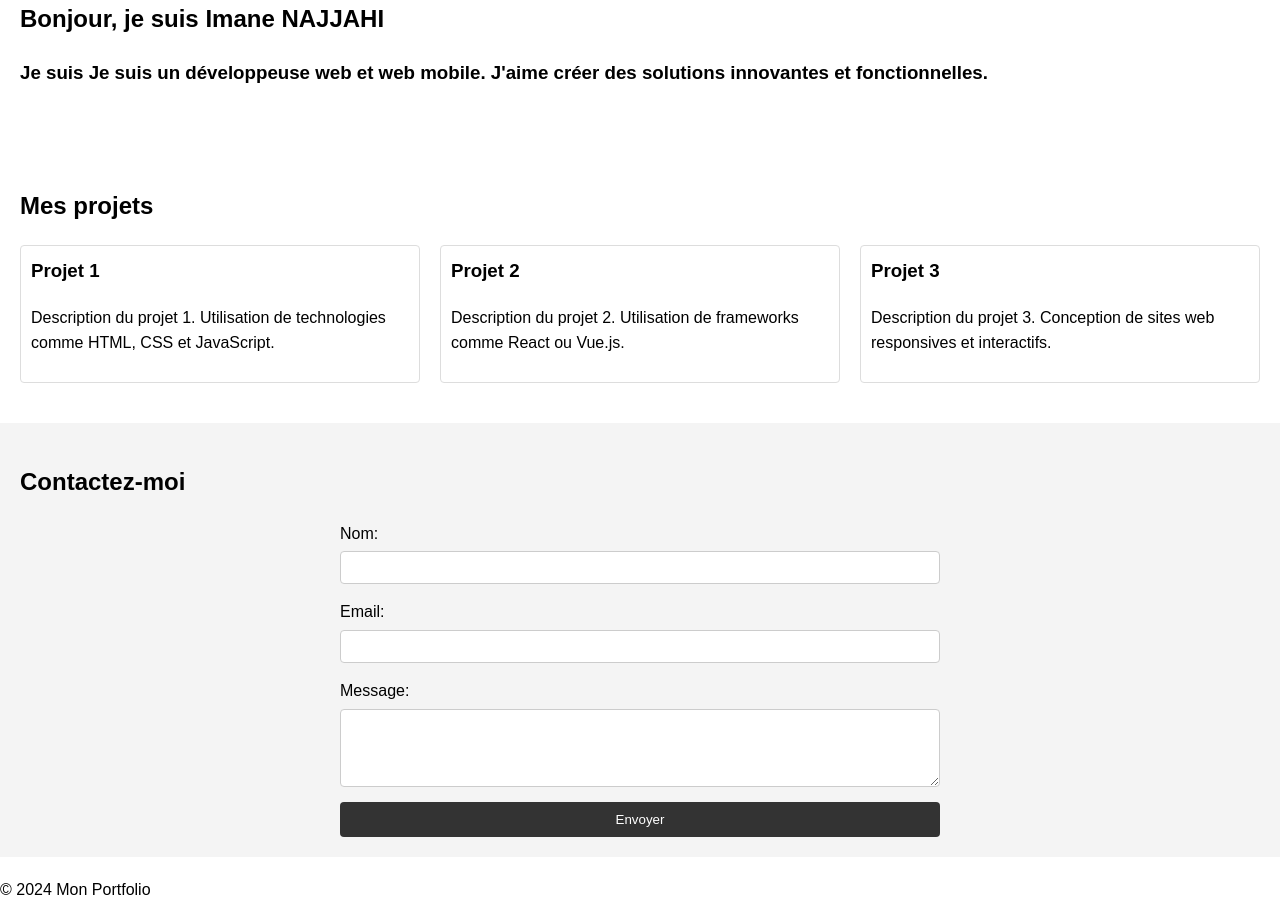
Repository: Najjahi/10mentions_web_back
Page: 02_PHP/portefolio/apropos.html
An editor plug-in stored every save of this project. The page is shown before and after a run of saves, followed by the edit.
The browser window is 1280 px wide. The pictures show the part of the page from y = 439 to 1357 px (the page is 1357 px tall).
A picture or video elsewhere on the page could not be fetched, so the positions and the page height are approximate.

Above is the page before, as saved 2024-11-30 16:00:42.

### 02_PHP/portefolio/apropos.html
<!DOCTYPE html>
<html lang="fr">
<head>
    <meta charset="UTF-8">
    <meta name="viewport" content="width=device-width, initial-scale=1.0">
    <title>Mon Portfolio</title>
    <link rel="stylesheet" href="style.css">
</head>
<body>
    <header>
        <a href="#" class="logo">Imane</a>

        <nav>
            <a href="#" class="active">Home</a>
            <a href="#">Experience</a>
            <a href="#">Etudes</a>
            <a href="#">Langues</a>
            <a href="#">Contact</a>
        </nav>
    </header>

    <section class="home">
        <div class="home_img">
            <img src="main.jpg" alt="">
        </div>
        <div class="contact">
            <h1>Bonjour, je suis <span>Imane NAJJAHI</span></h1>
            <h3 class="text"> Je suis <span>Je suis un développeuse web et web mobile. J'aime créer des solutions innovantes et fonctionnelles.</span></h3>
        </div>
            <p></p>
    </section>

    <section id="projets">
        <h2>Mes projets</h2>
        <div class="project-list">
            <article class="project">
                <h3>Projet 1</h3>
                <p>Description du projet 1. Utilisation de technologies comme HTML, CSS et JavaScript.</p>
            </article>
            <article class="project">
                <h3>Projet 2</h3>
                <p>Description du projet 2. Utilisation de frameworks comme React ou Vue.js.</p>
            </article>
            <article class="project">
                <h3>Projet 3</h3>
                <p>Description du projet 3. Conception de sites web responsives et interactifs.</p>
            </article>
        </div>
    </section>

    <section id="contact">
        <h2>Contactez-moi</h2>
        <form>
            <label for="name">Nom:</label>
            <input type="text" id="name" name="name" required>

            <label for="email">Email:</label>
            <input type="email" id="email" name="email" required>

            <label for="message">Message:</label>
            <textarea id="message" name="message" rows="4" required></textarea>

            <button type="submit">Envoyer</button>
        </form>
    </section>

    <footer>
        <p>&copy; 2024 Mon Portfolio</p>
    </footer>
</body>
</html>

### 02_PHP/portefolio/css/style.css
body {
    font-family: Arial, sans-serif;
    margin: 0;
    padding: 0;
    line-height: 1.6;
}

header {
    background: #333;
    color: #fff;
    padding: 10px 20px;
    text-align: center;
}

nav ul {
    list-style: none;
    padding: 0;
    display: flex;
    justify-content: center;
}

nav ul li {
    margin: 0 15px;
}

nav ul li a {
    color: #fff;
    text-decoration: none;
}

/* Styles des sections */
section {
    padding: 20px;
    margin: 20px 0;
}

section#about {
    background: #f4f4f4;
}

section#projects {
    background: #e2e2e2;
}

section#contact {
    background: #f4f4f4;
}

/* Styles du formulaire */
form {
    display: flex;
    flex-direction: column;
    max-width: 600px;
    margin: auto;
}

form label {
    margin-bottom: 5px;
}

form input, form textarea {
    margin-bottom: 15px;
    padding: 8px;
    border: 1px solid #ccc;
    border-radius: 4px;
}

form button {
    padding: 10px;
    background: #333;
    color: #fff;
    border: none;
    border-radius: 4px;
    cursor: pointer;
}

form button:hover {
    background: #555;
}

/* Styles pour les projets */
.project-list {
    display: grid;
    grid-template-columns: repeat(auto-fit, minmax(250px, 1fr));
    gap: 20px;
}

.project {
    padding: 10px;
    background: #fff;
    border: 1px solid #ddd;
    border-radius: 4px;
}

.project h3 {
    margin-top: 0;
}

After the next 3 saves:
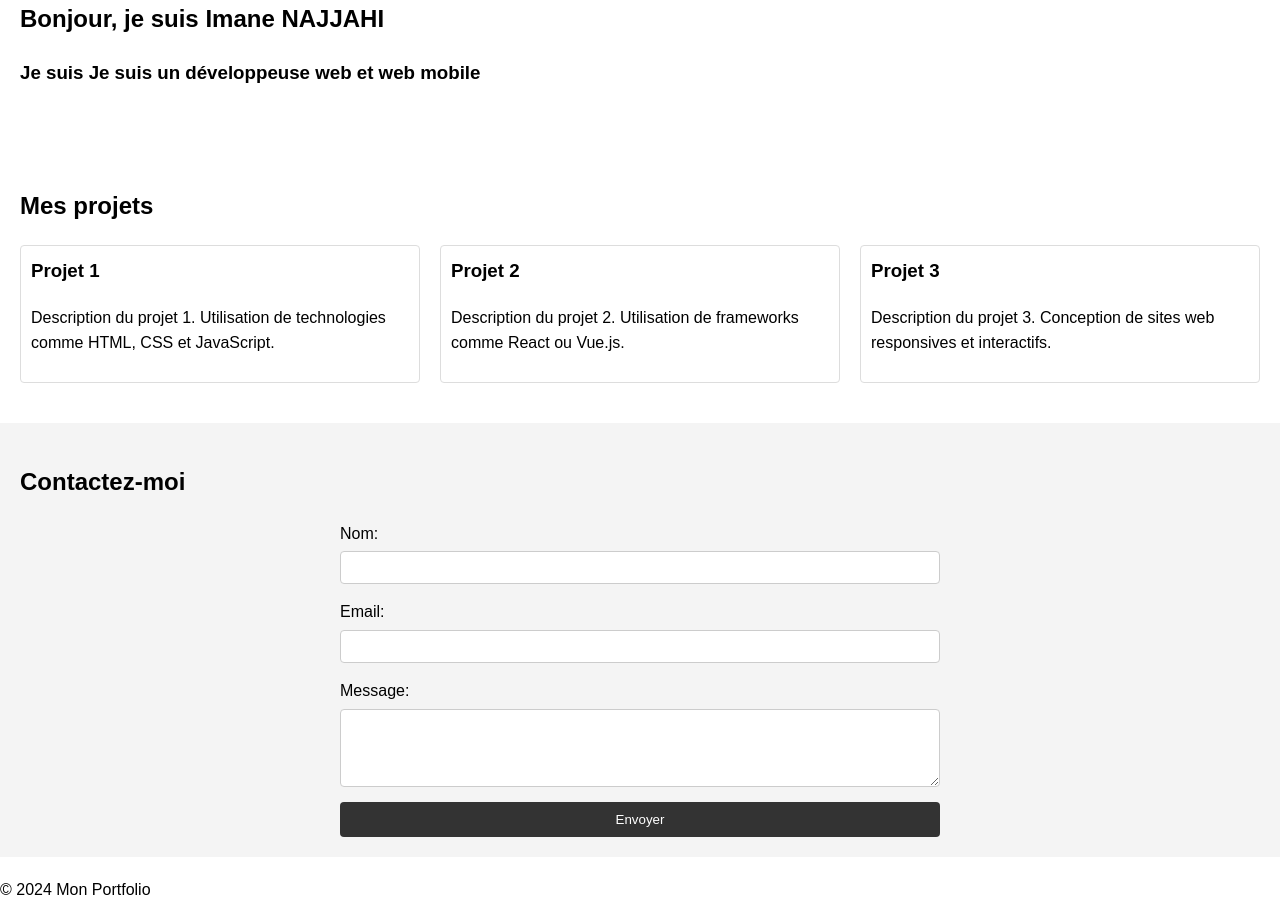
The 3 saves are shown as one change because they came seconds apart.
The last was saved 15 s later.
--- a/02_PHP/portefolio/apropos.html
+++ b/02_PHP/portefolio/apropos.html
@@ -25,7 +25,7 @@
         </div>
         <div class="contact">
             <h1>Bonjour, je suis <span>Imane NAJJAHI</span></h1>
-            <h3 class="text"> Je suis <span>Je suis un développeuse web et web mobile. J'aime créer des solutions innovantes et fonctionnelles.</span></h3>
+            <h3 class="text"> Je suis <span>Je suis un développeuse web et web mobile </span></h3>
         </div>
             <p></p>
     </section>
